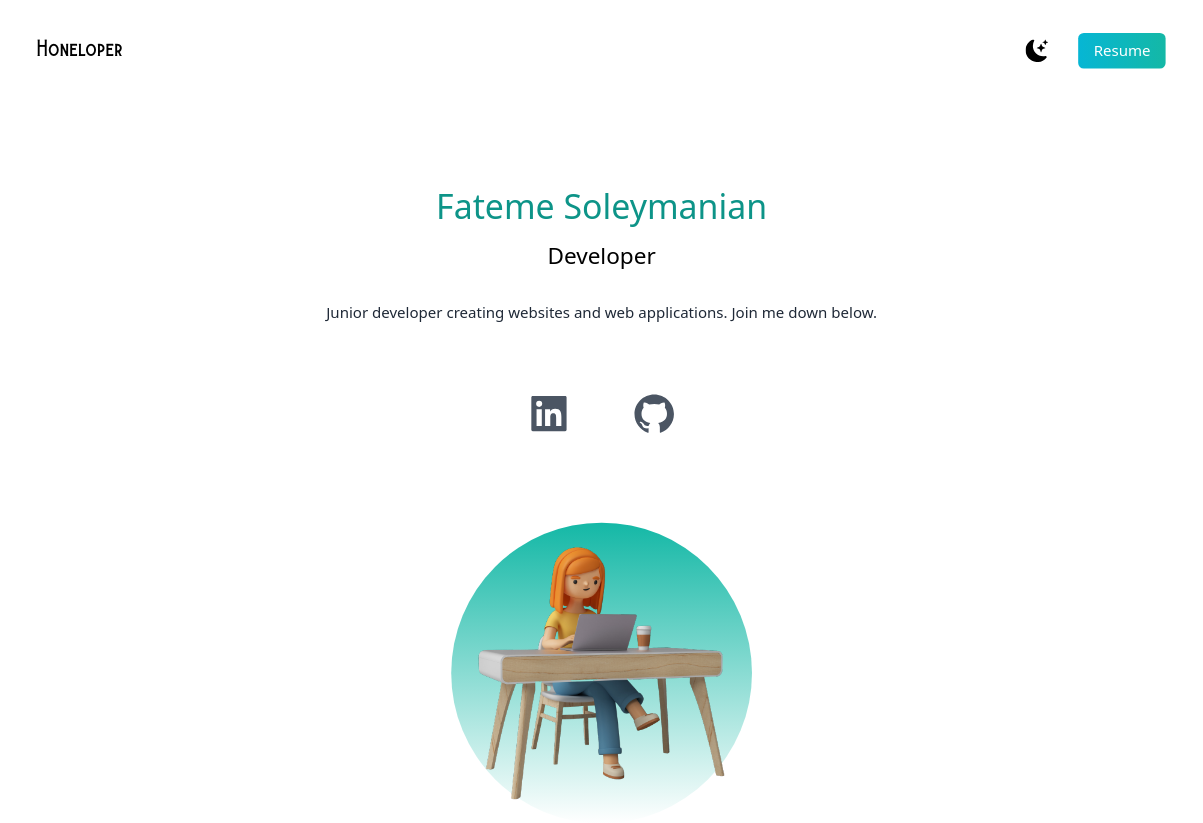
Repository: fatemesoleymanian/portfolio
Page: /
An editor plug-in stored every save of this project. The page is shown before and after the next save, followed by the edit.
The browser window is 1280 px wide. The pictures show the whole page, at 94% of full size.
The project was rebuilt for these pictures with package versions that can differ from the ones it lists, and the page was loaded fresh each time. The framework's server and built-in components were replaced by stand-ins that run in the browser. Also part of the build but not shown: next.config.js.

Above is the page before, as saved 2023-03-10 15:04:45.

### pages/index.js
import Head from 'next/head'
import { BsFillMoonStarsFill } from 'react-icons/bs'
import { AiFillLinkedin, AiFillGithub } from 'react-icons/ai'
import Image from 'next/image'
import honeloper from '../public/honeloper3d.png'
export default function Home() {
  return (
    <>
      <Head>
        <title>My Portfolio</title>
        <meta name="description" content="Generated by create next app" />
        <meta name="viewport" content="width=device-width, initial-scale=1" />
        <link rel="icon" href="/favicon.ico" />
      </Head>
      <main className='bg-white px-10'>
        <section className="min-h-screen">
          <nav className='py-10 mb-12 flex justify-between'>
            <h1 className='text-xl font-burtons'>Honeloper</h1>
            <ul className='flex items-center'>
              <li>
                <BsFillMoonStarsFill className='cursor-pointer text-2xl' />
              </li>
              <li>
                <a className="bg-gradient-to-r from-cyan-500 to-teal-500 text-white px-4 py-2 rounded-md ml-8"
                  href="https://jobvision.ir/cv/97158940-111758">Resume</a>
              </li>
            </ul>
          </nav>
          <div className='text-center p-9'>
            <h2 className='text-4xl py-2 text-teal-600 font-medium'>
              Fateme Soleymanian</h2>
            <h3 className='text-2xl py-2'>Developer</h3>
            <p className='text-md py-5 leading-8 text-gray-800'>
              Junior developer creating websites and web applications. Join me down below.</p>
          </div>
          <div className='text-5xl flex  justify-center gap-16 py-3 text-gray-600'>
            <a href="https://www.linkedin.com/in/fateme-soleymanian-b2713a225">
              <AiFillLinkedin />  </a>
            <a href="https://github.com/fatemesoleymanian">
              <AiFillGithub />
            </a>
          </div>
          <div className='relative bg-gradient-to-b from-teal-500 rounded-full
          mx-auto w-80 h-80 mt-20'>
            <Image src={honeloper} alt="honeloper"
             />
          </div>
        </section>
      </main>
    </>
  )
}

### styles/globals.css
@tailwind base;
@tailwind components;
@tailwind utilities;
:root {
  --max-width: 1100px;
  --border-radius: 12px;
  --font-mono: ui-monospace, Menlo, Monaco, 'Cascadia Mono', 'Segoe UI Mono',
    'Roboto Mono', 'Oxygen Mono', 'Ubuntu Monospace', 'Source Code Pro',
    'Fira Mono', 'Droid Sans Mono', 'Courier New', monospace;

  --foreground-rgb: 0, 0, 0;
  --background-start-rgb: 214, 219, 220;
  --background-end-rgb: 255, 255, 255;

  --primary-glow: conic-gradient(
    from 180deg at 50% 50%,
    #16abff33 0deg,
    #0885ff33 55deg,
    #54d6ff33 120deg,
    #0071ff33 160deg,
    transparent 360deg
  );
  --secondary-glow: radial-gradient(
    rgba(255, 255, 255, 1),
    rgba(255, 255, 255, 0)
  );

  --tile-start-rgb: 239, 245, 249;
  --tile-end-rgb: 228, 232, 233;
  --tile-border: conic-gradient(
    #00000080,
    #00000040,
    #00000030,
    #00000020,
    #00000010,
    #00000010,
    #00000080
  );

  --callout-rgb: 238, 240, 241;
  --callout-border-rgb: 172, 175, 176;
  --card-rgb: 180, 185, 188;
  --card-border-rgb: 131, 134, 135;
}

@media (prefers-color-scheme: dark) {
  :root {
    --foreground-rgb: 255, 255, 255;
    --background-start-rgb: 0, 0, 0;
    --background-end-rgb: 0, 0, 0;

    --primary-glow: radial-gradient(rgba(1, 65, 255, 0.4), rgba(1, 65, 255, 0));
    --secondary-glow: linear-gradient(
      to bottom right,
      rgba(1, 65, 255, 0),
      rgba(1, 65, 255, 0),
      rgba(1, 65, 255, 0.3)
    );

    --tile-start-rgb: 2, 13, 46;
    --tile-end-rgb: 2, 5, 19;
    --tile-border: conic-gradient(
      #ffffff80,
      #ffffff40,
      #ffffff30,
      #ffffff20,
      #ffffff10,
      #ffffff10,
      #ffffff80
    );

    --callout-rgb: 20, 20, 20;
    --callout-border-rgb: 108, 108, 108;
    --card-rgb: 100, 100, 100;
    --card-border-rgb: 200, 200, 200;
  }
}

* {
  box-sizing: border-box;
  padding: 0;
  margin: 0;
}

html,
body {
  max-width: 100vw;
  overflow-x: hidden;
}

body {
  color: rgb(var(--foreground-rgb));
  background: linear-gradient(
      to bottom,
      transparent,
      rgb(var(--background-end-rgb))
    )
    rgb(var(--background-start-rgb));
}

a {
  color: inherit;
  text-decoration: none;
}

@font-face {
  font-family: "burtons";
  src: url('../public/Burtons.otf');
}

### tailwind.config.js
/** @type {import('tailwindcss').Config} */
module.exports = {
  content: [
    "./app/**/*.{js,ts,jsx,tsx}",
    "./pages/**/*.{js,ts,jsx,tsx}",
    "./components/**/*.{js,ts,jsx,tsx}",

  ],
  theme: {
    extend: {
      fontFamily:{
        burtons: "burtons",
      }
    },
  },
  plugins: [],
}

Loaded but not shown: pages/_app.js (common file); pages/_document.js (common file)

After the next save:
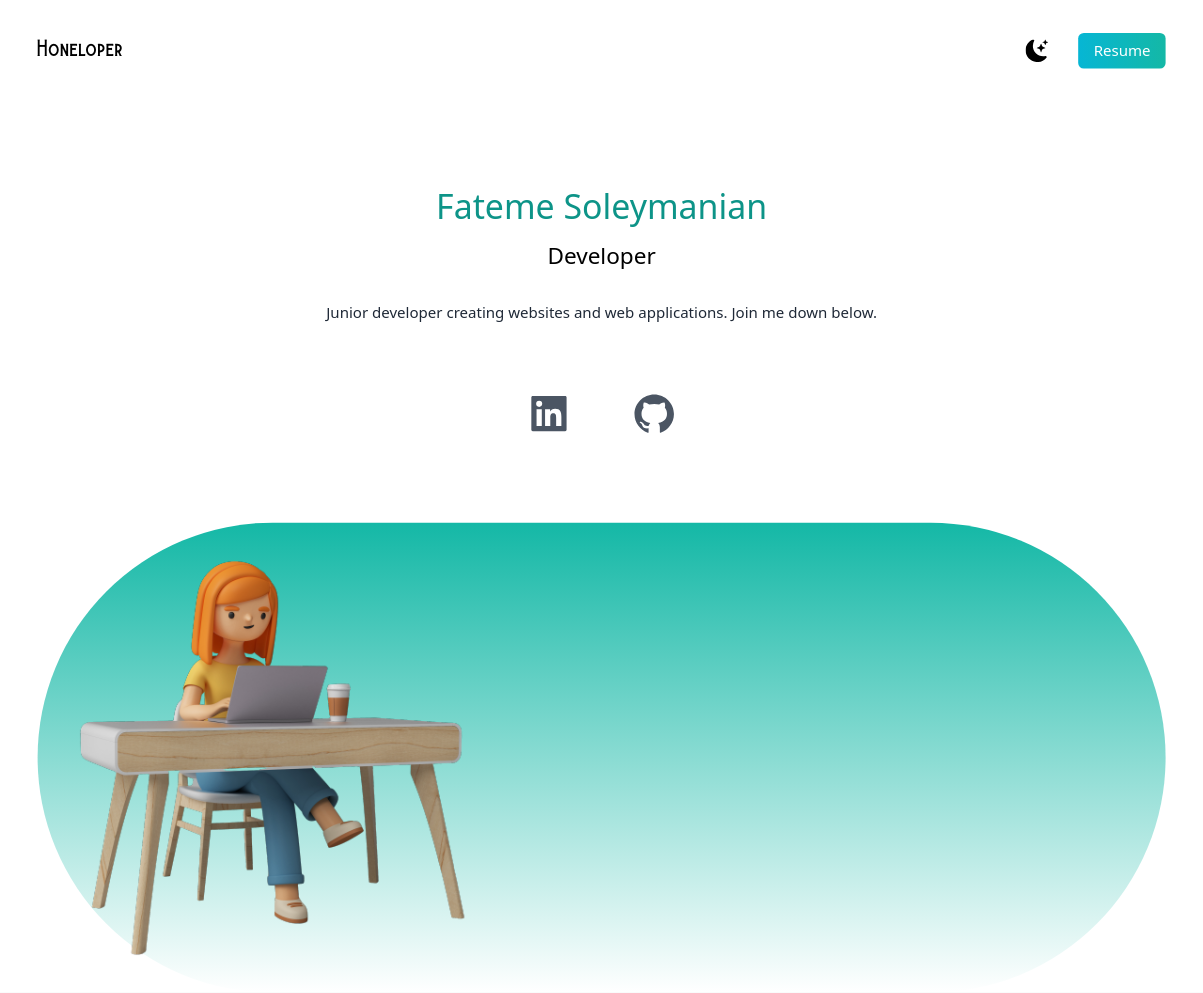
Saved 24 s later.
--- a/pages/index.js
+++ b/pages/index.js
@@ -41,7 +41,7 @@
             </a>
           </div>
           <div className='relative bg-gradient-to-b from-teal-500 rounded-full
-          mx-auto w-80 h-80 mt-20'>
+          mx-auto  mt-20'>
             <Image src={honeloper} alt="honeloper"
              />
           </div>

After the 3 saves that followed:
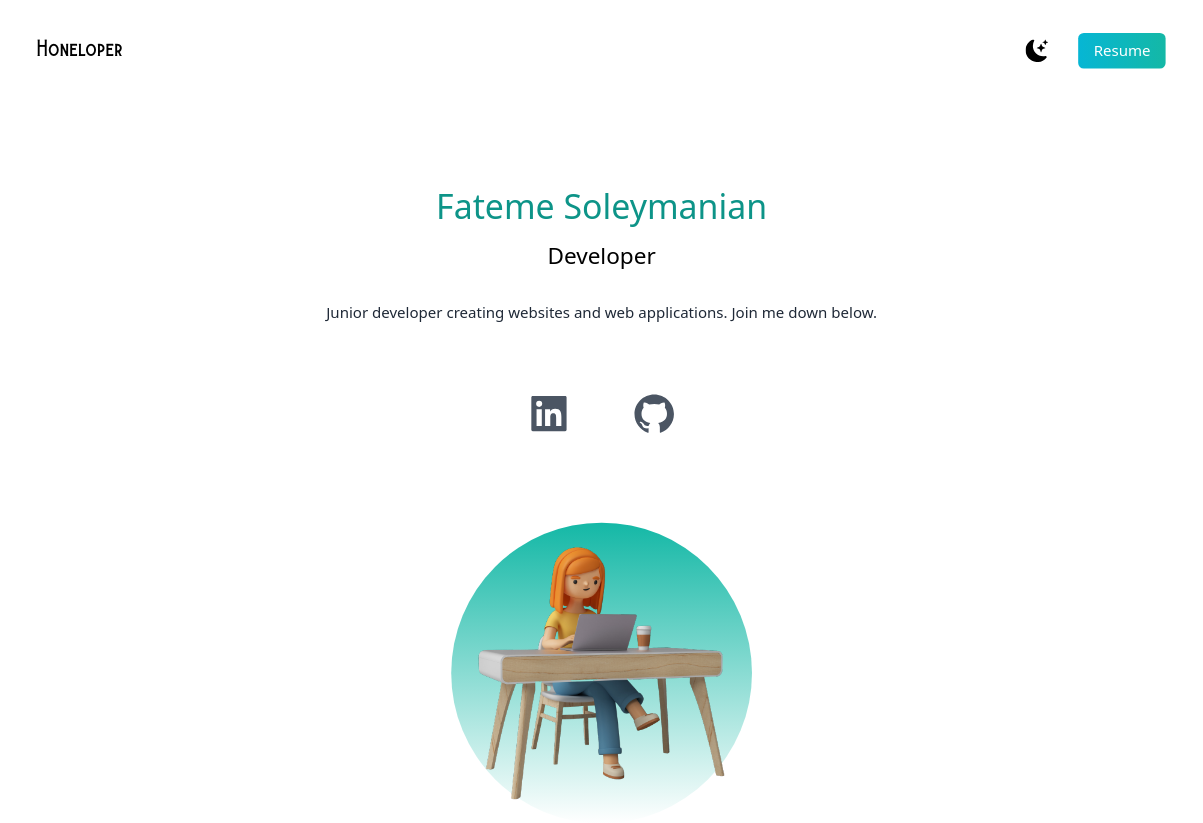
The 3 saves are shown as one change because 2 left the picture as it was.
The last was saved 2 min 46 s later.
--- a/pages/index.js
+++ b/pages/index.js
@@ -41,7 +41,7 @@
             </a>
           </div>
           <div className='relative bg-gradient-to-b from-teal-500 rounded-full
-          mx-auto  mt-20'>
+          mx-auto md:w-80 md:h-80 mt-20'>
             <Image src={honeloper} alt="honeloper"
              />
           </div>
